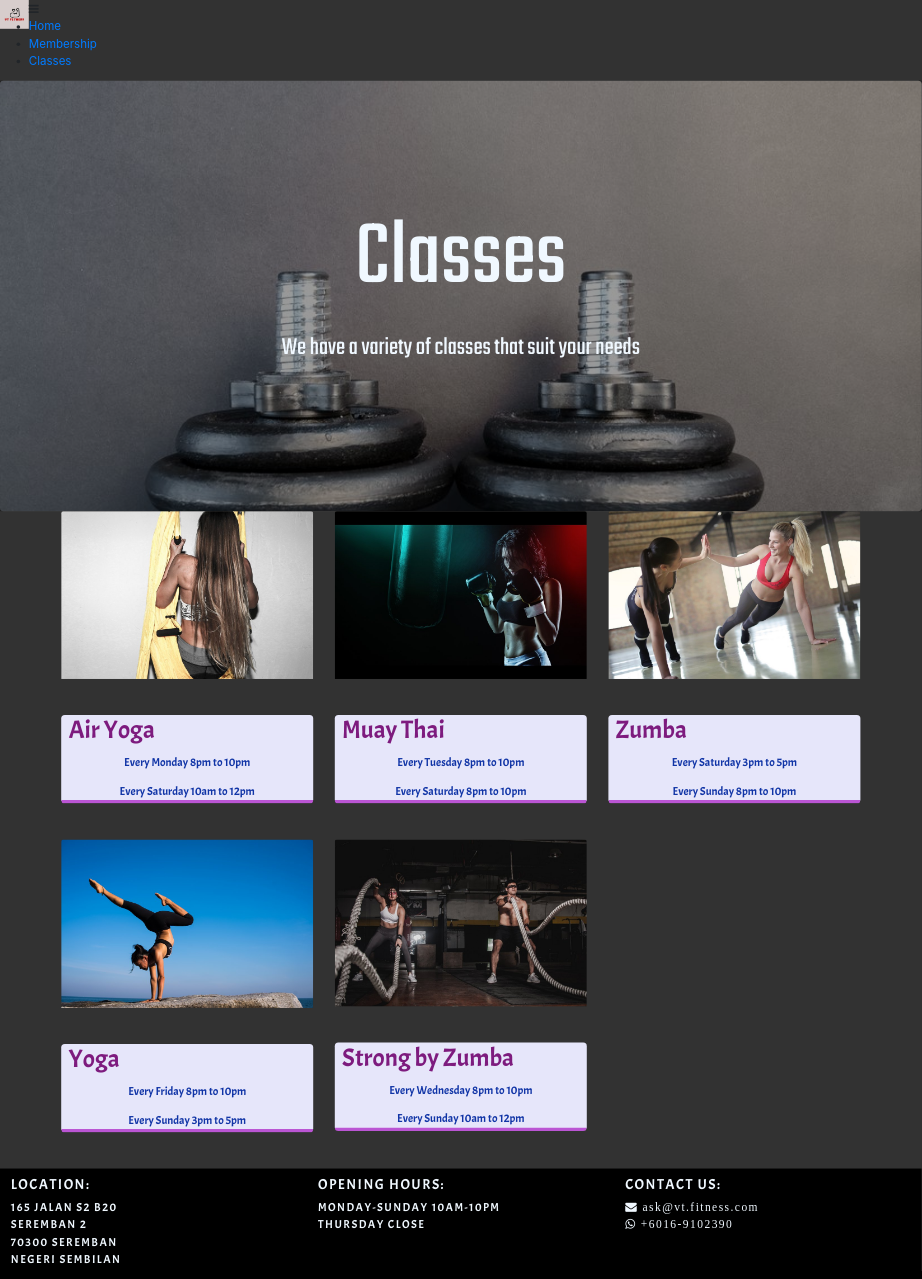
Repository: Code-Institute-Submissions/Project-One-6
Page: classes.html
The author's editor kept a record of every edit. The page is drawn from the files as they stood at one moment, then again after the next edit.
The browser window is 1280 px wide. The pictures show the whole page, at 72% of full size.

Above is the page before.

### classes.html
<!DOCTYPE html>
<html lang="en">

<head>
    <meta charset="UTF-8">
    <meta name="viewport" content="width=device-width, initial-scale=1.0">
    <meta http-equiv="X-UA-Compatible" content="ie=edge">
    <link rel="stylesheet" href="https://stackpath.bootstrapcdn.com/bootstrap/4.3.1/css/bootstrap.min.css" type="text/css" />
    <link rel="stylesheet" href="https://stackpath.bootstrapcdn.com/font-awesome/4.7.0/css/font-awesome.min.css" type="text/css" />
    <link rel="stylesheet" href="https://cdnjs.cloudflare.com/ajax/libs/hover.css/2.3.1/css/hover.css" type="text/css" />
    <link rel="stylesheet" href="style.css" type="text/css" />
    <title>VT Fitness</title>
</head>

<body>
    <header>
        <nav class="navDefault">
            <div>
                <img class="logo" src="images/logo.jpg" />
            </div>
            <div class="dropdown">
                <div class="icon-bars"><i class="fa fa-bars icon"></i></div>
                <ul class="dropdownMenu">
                    <li class="dropdownItem"><a href="index.html" class="dropdownLink">Home</a></li>
                    <li class="dropdownItem"><a href="membership.html" class="dropdownLink">Membership</a></li>
                    <li class="dropdownItem"><a href="classes.html" class="dropdownLink">Classes</a></li>
                </ul>
            </div>
        </nav>
    </header>
    <section>
        <div class="jumbotron" id="classes">
            <div class="schedule">
                <p class="membership-title">Classes</p>
                <p class="membership-quote">We have a variety of classes that suit your needs</p>
            </div>
        </div>
    </section>
    <section>
        <div class="container">
        <div class="row">
            <div class="col-sm-12 col-md-4">
                <img src="images/air yoga.jpg" class="card-img-top">
                <div class="card-body-class">
                    <h4 class="card-title">Air Yoga</h4>
                    <p class="card-text">Every Monday 8pm to 10pm</p>
                    <p class="card-text">Every Saturday 10am to 12pm</p>
                </div>
            </div>
            <div class="col-sm-12 col-md-4">
                <img src="images/muay thai.jpg" class="card-img-top">
                <div class="card-body-class">
                    <h4 class="card-title">Muay Thai</h4>
                    <p class="card-text">Every Tuesday 8pm to 10pm</p>
                    <p class="card-text">Every Saturday 8pm to 10pm</p>
                </div>
            </div>
            <div class="col-sm-12 col-md-4">
                <img src="images/zumba.jpg" class="card-img-top">
                <div class="card-body-class">
                    <h4 class="card-title">Zumba</h4>
                    <p class="card-text">Every Saturday 3pm to 5pm</p>
                    <p class="card-text">Every Sunday 8pm to 10pm</p>
                </div>
            </div>
        </div>
        <div class="row">
            <div class="col-sm-12 col-md-4">
                <img src="images/yoga.jpg" class="card-img-top">
                <div class="card-body-class">
                    <h4 class="card-title">Yoga</h4>
                    <p class="card-text">Every Friday 8pm to 10pm</p>
                    <p class="card-text">Every Sunday 3pm to 5pm</p>
                </div>
            </div>
            <div class="col-sm-12 col-md-4">
                <img src="images/strong by zumba.jpg" class="card-img-top">
                <div class="card-body-class">
                    <h4 class="card-title">Strong by Zumba</h4>
                    <p class="card-text">Every Wednesday 8pm to 10pm</p>
                    <p class="card-text">Every Sunday 10am to 12pm</p>
                </div>
            </div>
        </div>
    </section>
    <footer class="container-fluid">
        <div class="row">
            <div id="footer-detail" class="col-sm-4 cap">
                <h5 class="inline-block">Location:</h5>
                <p>165 Jalan S2 B20
                    <br>Seremban 2
                    <br>70300 Seremban
                    <br>Negeri Sembilan</p>
            </div>
            <div id="footer-detail" class="col-sm-4 cap">
                <h5 class="inline-block">Opening Hours:</h5>
                <p>Monday-Sunday 10am-10pm
                    <br>Thursday close
                </p>
            </div>
            <div id="footer-detail" class="col-sm-4">
                <h5 class="cap">Contact Us:</h5>
                <ul class="list-inline social">
                    <li>
                        <i class="fa fa-envelope" aria-hidden="true">
                    <span>ask@vt.fitness.com</span>
                    </i>
                    </li>
                    <li>
                        <i class="fa fa-whatsapp" aria-hidden="true">
                    <span>+6016-9102390</span>
                    </i>
                    </li>
                </ul>
            </div>
        </div>

    </footer>
</body>

</html>

### style.css
@import url('https://fonts.googleapis.com/css?family=Acme|Bangers|Lilita+One|Pacifico|Teko&display=swap');

/*-------------------------------------Header------------------------------------*/

header {
    margin: 0;
}

body {
    background-color: #323232;
}

/*-------------------------------------Nav Bar------------------------------------*/

.logo {
    width: 40px;
    height: 40px;
    float: left;
}

.dropdown-item {
    text-align: center;
    font-family: "Acme", sans-serif;
    color: #0080fe;
    width: 150px;
    background-color: rgba(0, 0, 0, 0.2);
    float: right;
}

.dropdown-item:hover {
    text-decoration: none;
    text-align: center;
    color: #f0f8ff;
    width: 150px;
    background-color: rgba(0, 0, 0, 0.7);
}

/*-----------------------------------Home page-----------------------------------*/

#workout {
    background-attachment: scroll;
    background-image: url('images/Workout.jpg');
    background-position: center;
    background-size: cover;
    background-repeat: no-repeat;
    height: 100vh;
    width: 100vw;
    margin-bottom: 0px;
    z-index: -1;
    padding: 0;
}

.vertical-center {
    margin: 0;
    position: absolute;
    top: 50%;
    left: 50%;
    transform: translate(-50%, -50%);
}

.banner-slogan {
    font-family: "teko", sans-serif;
    color: #f0f8ff;
    margin: 0;
    text-align: center;
}

.banner-title {
    font-family: "teko", sans-serif;
    color: #f0f8ff;
    margin: 0;
    text-align: center;
}

.banner-quote {
    font-family: "teko", sans-serif;
    color: #f0f8ff;
    margin-bottom: 10px;
    text-align: center;
}

@media only screen and (max-width: 576px) {
    .banner-slogan {
        font-size: 45px;
        width: 350px;
    }
    .banner-title {
        font-size: 25px;
        width: 350px;
    }
    .banner-quote {
        font-size: 20px;
        width: 350px;
    }
}

@media only screen and (min-width: 577px) and (max-width: 768px) {
    .banner-slogan {
        font-size: 70px;
        width: 500px;
    }
    .banner-title {
        font-size: 30px;
        width: 500px;
    }
    .banner-quote {
        font-size: 25px;
        width: 500px;
    }
}

@media only screen and (min-width: 769px) and (max-width: 992px) {
    .banner-slogan {
        font-size: 95px;
        width: 700px;
    }
    .banner-title {
        font-size: 40px;
        width: 700px;
    }
    .banner-quote {
        font-size: 32px;
        width: 700px;
    }
}

@media only screen and (min-width: 993px) {
    .banner-slogan {
        font-size: 115px;
        width: 850px;
    }
    .banner-title {
        font-size: 50px;
        width: 850px;
    }
    .banner-quote {
        font-size: 38px;
        width: 850px;
    }
}

.btn {
    margin: 0 auto;
    display: block;
}

.btn>a {
    font-family: "Bangers", sans-serif;
    color: #f0f8ff;
    text-transform: uppercase;
}

.btn>a:hover {
    text-decoration: none;
    color: #000000;
}

/*------------------------------------Core Value----------------------------------*/

.cv-title {
    text-align: center;
    font-family: "Bangers", sans-serif;
    color: #990000;
    font-size: 50px;
    margin-bottom: 70px;
    margin-top: 0;
}

.core-value {
    margin: 0;
    padding-top: 50px;
    padding-left: 80px;
    padding-right: 80px;
}

/*------------------------------------Sign Up------------------------------------*/

#signup {
    background-image: url('images/counter.jpg');
    background-size: cover;
    background-attachment: scroll;
    background-repeat: no-repeat;
    background-position: center;
    z-index: -1;
    margin: 0;
    padding: 0;
}

.signup-form {
    padding-top: 150px;
    padding-bottom: 150px;
    background-color: rgba(0, 0, 0, 0.5);
}

.title {
    font-family: "teko", sans-serif;
    color: #f6fffb;
    margin: 0 auto;
    text-align: center;
}

.quote {
    font-family: "Acme", sans-serif;
    color: #f0f8ff;
    text-align: center;
    margin: 0 auto;
}

@media only screen and (max-width: 576px) {
    .title {
        font-size: 50px;
        width: 300px;
    }
    .quote {
        font-size: 15px;
        width: 300px;
    }
}

@media only screen and (min-width: 577px) and (max-width: 768px) {
    .title {
        font-size: 70px;
        width: 500px;
    }
    .quote {
        font-size: 20px;
        width: 500px;
    }
}

@media only screen and (min-width: 769px) and (max-width: 992px) {
    .title {
        font-size: 90px;
        width: 700px;
    }
    .quote {
        font-size: 30px;
        width: 700px;
    }
}

@media only screen and (min-width: 993px) {
    .title {
        font-size: 105px;
        width: 850px;
    }
    .quote {
        font-size: 35px;
        width: 850px;
    }
}

/*-------------------------------------Video------------------------------------*/

.video {
    text-align: center;
    background-image: url('images/gym.jpg');
}

.video-title {
    font-family: "Lilita One", sans-serif;
    color: #5c5c5c;
    margin-bottom: 0px;
}

@media only screen and (min-width: 768px) and (max-width: 992px) {
    .video-title {
        font-size: 45px;
    }
}

@media only screen and (min-width: 993px) {
    .video-title {
        font-size: 70px;
    }
}

/*-------------------------------------Footer------------------------------------*/

footer {
    background-color: #000000;
    color: #f0f8ff;
    bottom: 0;
}

#footer-detail {
    font-size: 16px;
    font-weight: 100;
    font-family: "Acme", sans-serif;
    letter-spacing: 2px;
    color: #f0f8ff;
    margin-top: 10px;
}

.cap {
    text-transform: uppercase;
}

.details {
    font-size: 16px;
    font-weight: 100;
    font-family: "Acme", sans-serif;
}

/*----------------------------------Membership----------------------------------*/

#membership {
    background-attachment: scroll;
    background-image: url('images/membership.jpg');
    background-position: center;
    background-size: cover;
    background-repeat: no-repeat;
    height: 100vh;
    width: 100vw;
    margin-bottom: 0px;
    z-index: -1;
}

.membership-title {
    font-family: "teko", sans-serif;
    color: #f0f8ff;
    text-align: center;
    margin: 0;
}

.membership-quote {
    font-family: "teko", sans-serif;
    color: #f0f8ff;
    text-align: center;
    margin: 0;
}

.package {
    margin-top: 40px;
    margin-bottom: 80px;
    text-align: center;
}

.slogan {
    font-family: "teko", sans-serif;
    color: #f6fffb;
    padding: 0;
    margin: 0;
}

.card-header {
    background-color: #ffffff;
    border-top: 5px solid #ba55d3;
    font-family: "acme", sans-serif;
    font-size: 25px;
    color: #7d1b7e;
}

.card-body {
    background-color: #e6e6fa;
}

.card-text {
    font-family: "acme", sans-serif;
    color: #1034a6;
    text-align: center;
}

.card-footer {
    background-color: #ffffff;
    font-family: "acme", sans-serif;
    font-size: 25px;
    color: #7d1b7e;
    padding: 5;
}

.slogan-text {
    font-family: "teko", sans-serif;
    font-size: 30px;
    color: #f6fffb;

}

@media only screen and (max-width: 576px) {
    .membership-title {
        font-size: 55px;
    }
    .membership-quote {
        font-size: 25px;
    }
    .slogan {
        font-size: 50px;
    }
    .slogan-text {
        font-size: 20px;
    }
    .card-footer {
        margin-bottom: 20px;
    }
}

@media only screen and (min-width: 577px) and (max-width: 768px) {
    .membership-title {
        font-size: 80px;
    }
    .membership-quote {
        font-size: 25px;
    }
    .slogan {
        font-size: 65px;
    }
    .slogan-text {
        font-size: 25px;
    }
    .card-footer {
        margin-bottom: 20px;
    }
}

@media only screen and (min-width: 769px) and (max-width: 992px) {
    .membership-title {
        font-size: 110px;
    }
    .membership-quote {
        font-size: 30px;
    }
    .slogan {
        font-size: 85px;
    }
    .slogan-text {
        font-size: 30px;
    }
}

@media only screen and (min-width: 993px) {
    .membership-title {
        font-size: 130px;
    }
    .membership-quote {
        font-size: 35px;
    }
    .slogan {
        font-size: 100px;
    }
    .slogan-text {
        font-size: 30px;
    }
}



/*----------------------------------Classes----------------------------------*/

#classes {
    background-attachment: scroll;
    background-image: url('images/class.jpg');
    background-position: center;
    background-size: cover;
    background-repeat: no-repeat;
    z-index: -1;
    padding: 0;
    margin: 0;
}

.schedule {
    padding-top: 150px;
    padding-bottom: 200px;
    background-color: rgba(0,0,0,0.4);
}

.card-body-class {
    background-color: #e6e6fa;
    margin-top: 50px;
    margin-bottom: 50px;
    border-radius: 5px;
    border-bottom: 5px solid #ba55d3;
}

.card-title {
    font-family: "acme", sans-serif;
    font-size: 35px;
    color: #7d1b7e;
    padding-left: 10px;
}

.text {
    font-family: "acme", sans-serif;
    font-size: 23px;
    color: #1034a6;
    padding-left: 10px;
}

@media only screen and (max-width: 576px) {
    .card-body-class {
        margin-top: 20px;
        margin-bottom: 20px;
    }
    .text {
    font-size: 18px;
    }
}

@media only screen and (min-width: 577px) and (max-width: 768px) {
    .card-body-class {
        margin-top: 20px;
        margin-bottom: 20px;
    }
    .text {
    font-size: 18px;
    }
}

After the next edit:
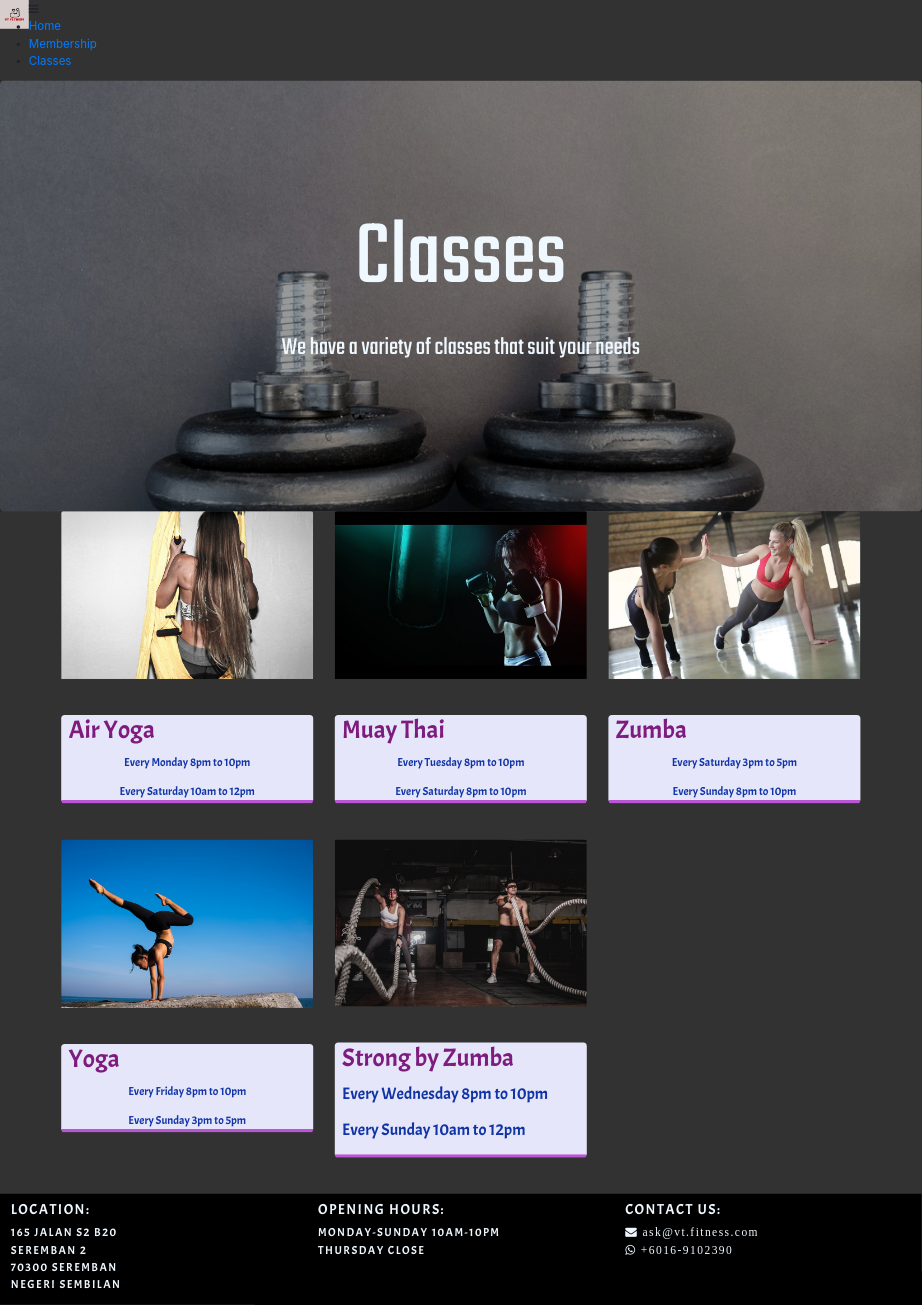
The edit:
--- a/classes.html
+++ b/classes.html
@@ -77,8 +77,8 @@
                 <img src="images/strong by zumba.jpg" class="card-img-top">
                 <div class="card-body-class">
                     <h4 class="card-title">Strong by Zumba</h4>
-                    <p class="card-text">Every Wednesday 8pm to 10pm</p>
-                    <p class="card-text">Every Sunday 10am to 12pm</p>
+                    <p class="text">Every Wednesday 8pm to 10pm</p>
+                    <p class="text">Every Sunday 10am to 12pm</p>
                 </div>
             </div>
         </div>
